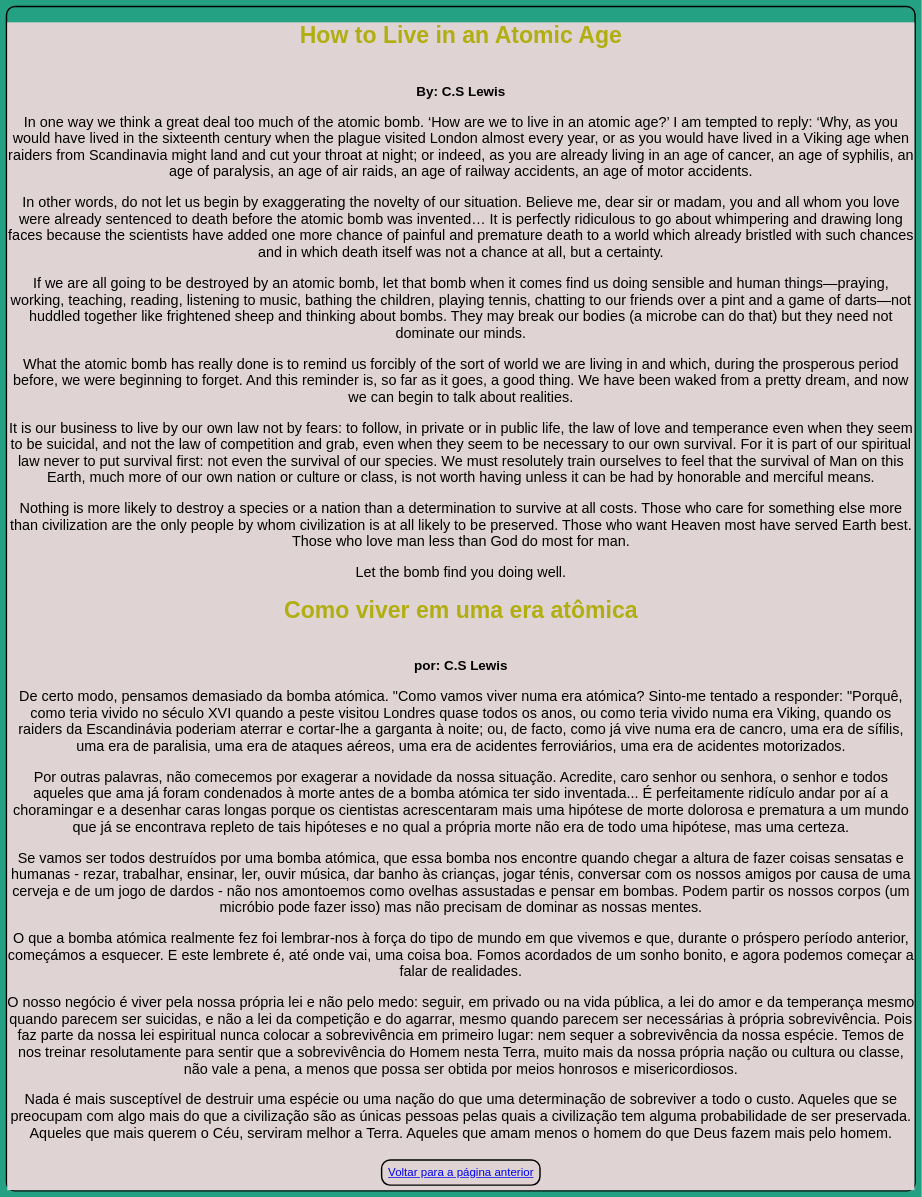
Repository: batmit/FutureFundation.github.io-1
Page: cslewis.html
An editor plug-in stored every save of this project. The page is shown before and after the next save, followed by the edit.
The browser window is 1280 px wide. The pictures show the whole page, at 72% of full size.

Above is the page before, as saved 2021-11-05 15:43:15.

After the next save:
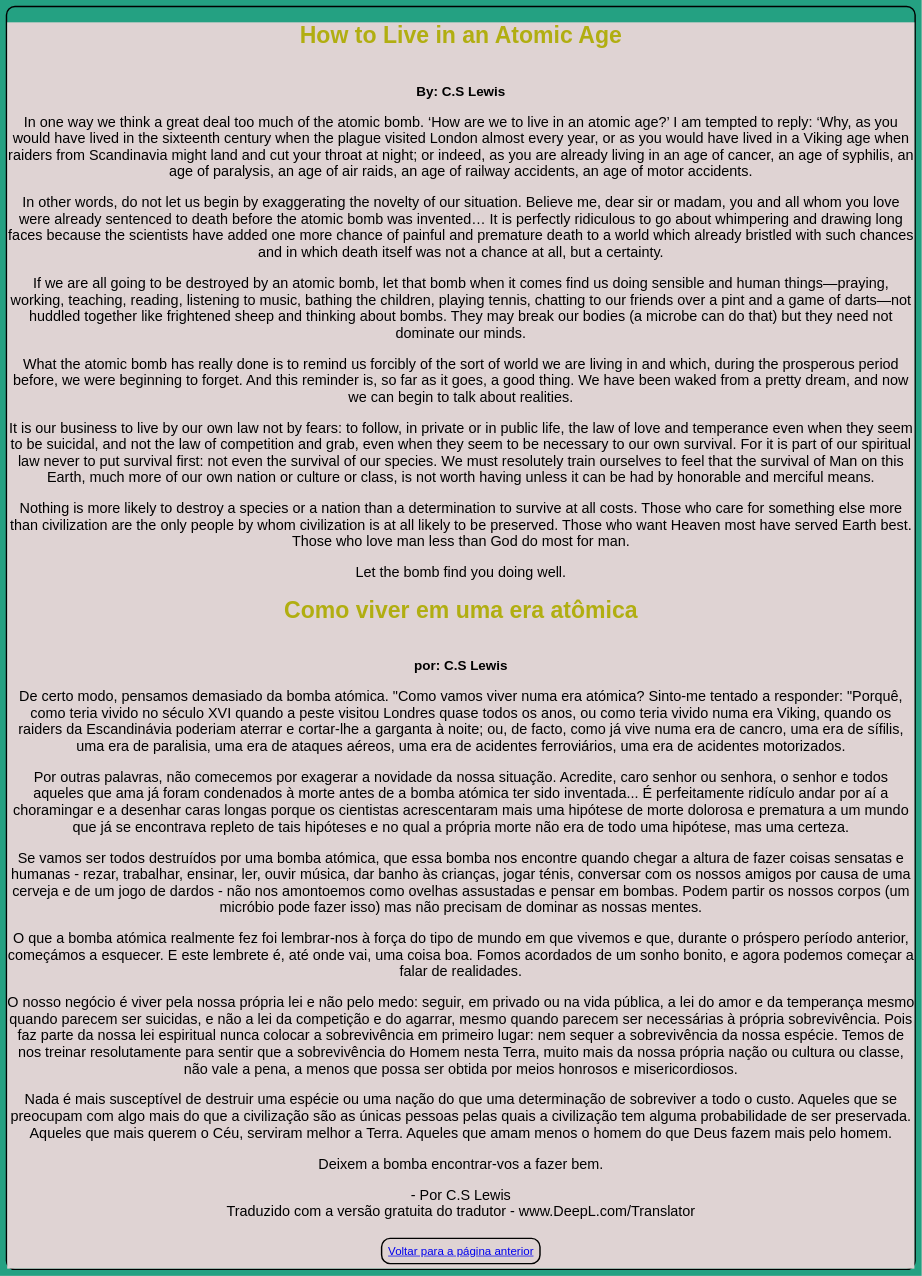
Saved 31 s later.
--- a/cslewis.html
+++ b/cslewis.html
@@ -55,7 +55,12 @@
         <p>Nada é mais susceptível de destruir uma espécie ou uma nação do que uma determinação de sobreviver a todo o custo. Aqueles que se preocupam com algo mais do que a civilização são as únicas pessoas pelas quais a civilização tem alguma probabilidade de ser preservada. Aqueles que mais querem o Céu, serviram melhor a Terra. Aqueles que amam menos o homem do que Deus fazem mais pelo homem.
         </p>
 
-        <p></p>
+        <p>Deixem a bomba encontrar-vos a fazer bem.
+        </p>
+
+        <p> - Por C.S Lewis
+            <br>
+            Traduzido com a versão gratuita do tradutor - www.DeepL.com/Translator</p>
 
 
         <a href="./index.html">Voltar para a página anterior</a>
